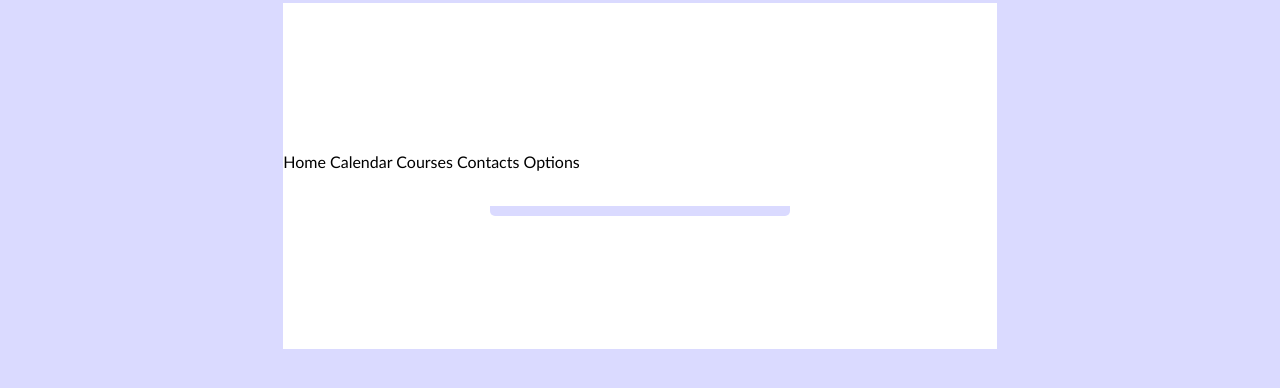
Repository: hreneeg/SPS
Page: http://localhost/userAccount.php
The author's editor kept a record of every edit. The page is drawn from the files as they stood at one moment, then again after the next edit.
The browser window is 1280 px wide. The pictures show the whole page.
The page is run by PHP 8.4 with error messages shown; the project is at /var/www/html/.

Above is the page before.

After the next edit:
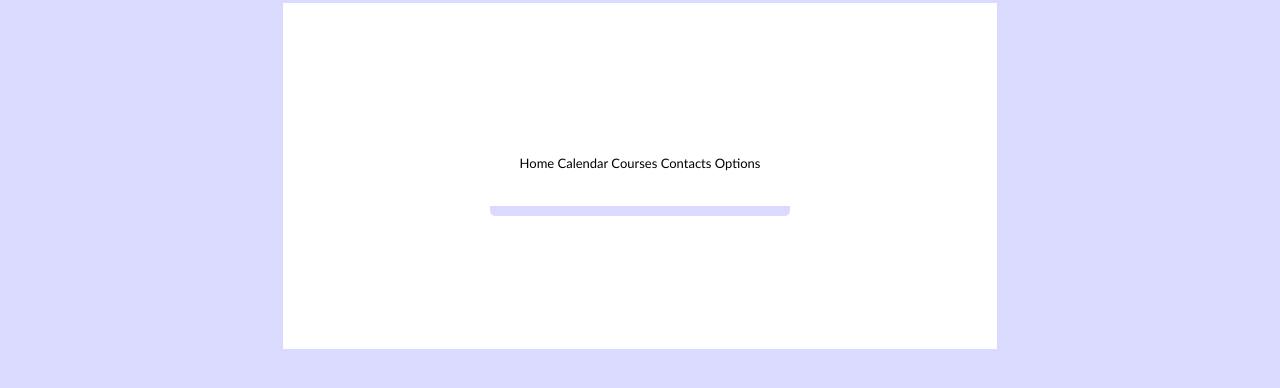
The edit:
--- a/userAccount.php
+++ b/userAccount.php
@@ -47,7 +47,7 @@
 <br>
 <br>
 <br>
-    <p> Home   Calendar   Courses   Contacts   Options</p>
+    <p><center><font size=2>Home   Calendar   Courses   Contacts   Options</font></center></p>
 <br>
         <table width="300" border="0" align="center" cellpadding="0" cellspacing="1" bgcolor="#CCCCCC">
 
